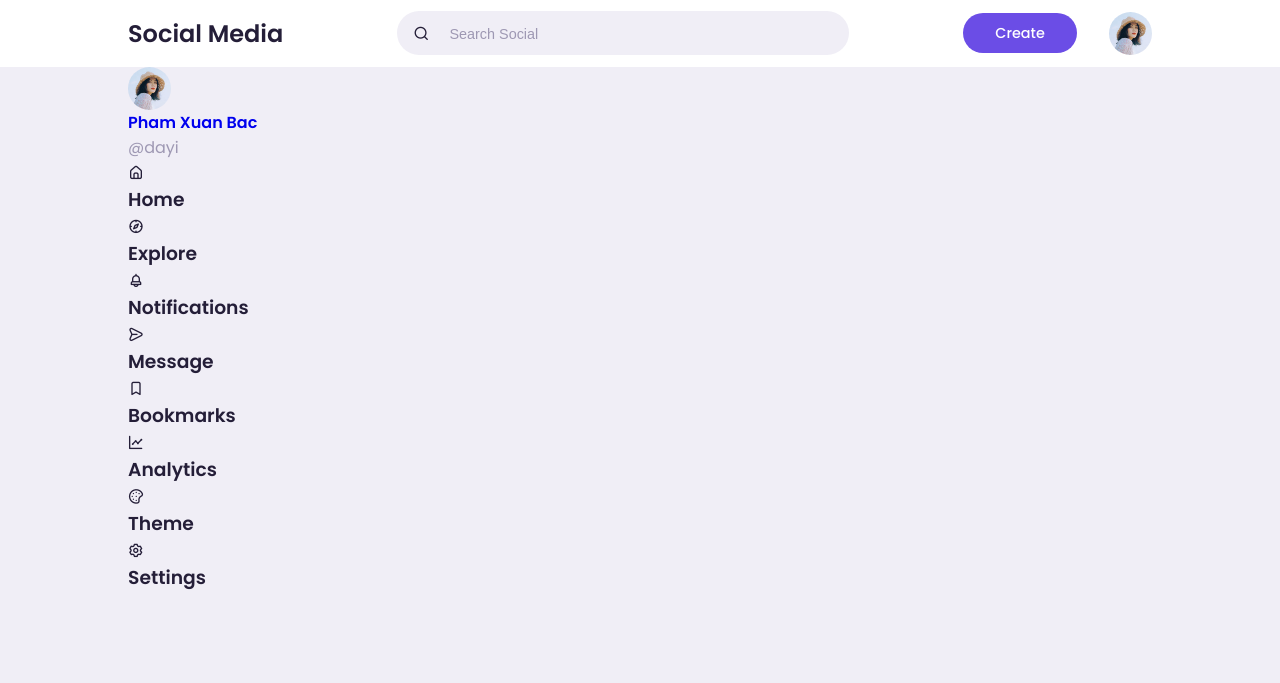
Repository: northpx/socialMedia
Page: index.html
An editor plug-in stored every save of this project. The page is shown before and after the next save, followed by the edit.
The browser window is 1280 px wide. The pictures show the whole page.

Above is the page before, as saved 2023-03-07 17:03:15.

### index.html
<!DOCTYPE html>
<html lang="en">
<head>
    <meta charset="UTF-8">
    <meta http-equiv="X-UA-Compatible" content="IE=edge">
    <meta name="viewport" content="width=device-width, initial-scale=1.0">
    <link rel="stylesheet" href="/css/style.css">
    <link rel="stylesheet" href="https://unicons.iconscout.com/release/v4.0.0/css/line.css">
    <title>Social Media</title>
</head>
<body>
    <nav>
        <div class="container">
            <h2 class="logo">
                Social Media
            </h2>
            <div class="search-bar">
                <i class="uil uil-search"></i>
                <input type="search" placeholder="Search Social">
            </div>
            <div class="create">
                <label for="create-post" class="btn btn-primary">Create</label>
                <div class="profile-picture">
                    <img src="./images/profile-1.jpg" alt="">
                </div>
            </div>
        </div>
    </nav>

    <main>
        <div class="container">
            <!-- ===========LEFT================ -->
            <div class="left">
                <a href="#" class="profile">
                    <div class="profile-picture">
                        <img src="./images/profile-1.jpg" alt="">
                    </div>
                    <div class="handle">
                        <h4>Pham Xuan Bac</h4>
                        <p class="text-muted">
                            @dayi
                        </p>
                    </div>
                </a>
                <!-- =================SIDEBAR=========== -->
                <div class="sidebar">
                    <a class="menu-item active">
                        <span><i class="uil uil-estate"></i></span><h3>Home</h3>
                    </a>
                    <a class="menu-item">
                        <span><i class="uil uil-compass"></i></span><h3>Explore</h3>
                    </a>
                    <a class="menu-item">
                        <span><i class="uil uil-bell"></i></span><h3>Notifications</h3>
                    </a>
                    <a class="menu-item">
                        <span><i class="uil uil-message"></i></span><h3>Message</h3>
                    </a>
                    <a class="menu-item">
                        <span><i class="uil uil-bookmark"></i></span><h3>Bookmarks</h3>
                    </a>
                    <a class="menu-item">
                        <span><i class="uil uil-chart-line"></i></span><h3>Analytics</h3>
                    </a>
                    <a class="menu-item">
                        <span><i class="uil uil-palette"></i></span><h3>Theme</h3>
                    </a>






                    <span><i class="uil uil-setting"></i></span><h3>Settings</h3>
                </div>
            </div>
            <!-- ===============MIDDLE============== -->
            <div class="middle">

            </div>
            <!-- ==============RIGHT============== -->
            <div class="right">

            </div>
        </div>
    </main>
</body>
</html>

### css/style.css
@import url("https://fonts.googleapis.com/css2?family=Poppins:ital,wght@0,400;0,500;0,600;1,400;1,500;1,600&family=Roboto:ital,wght@0,100;0,300;0,400;0,500;0,700;0,900;1,100;1,300;1,400;1,500;1,700;1,900&display=swap");
:root {
  --color-white: hsl(252,30%,100%);
  --color-light: hsl(252,30%,95%);
  --color-gray: hsl(252,15%,65%);
  --color-primary: hsl(252,75%,60%);
  --color-secondary: hsl(252,100%,90%);
  --color-success: hsl(120,95%,65%);
  --color-danger: hsl(0,95%,65%);
  --color-dark: hsl(252,30%,17%);
  --color-black: hsl(252,30%,10%);
  --border-radius: 2rem;
  --card-border-radius: 1rem;
  --btn-padding: 0.6rem 2rem;
  --search-padding: 0.6rem 1rem;
  --card-padding: 1rem;
  --sticky-top-left: 5.4rem;
  --sticky-top-right: -18rem;
}

*, *::before, *::after {
  margin: 0;
  padding: 0;
  outline: 0;
  box-sizing: border-box;
  text-decoration: none;
  list-style: none;
  border: none;
}

body {
  font-family: "Poppins", sans-serif;
  color: var(--color-dark);
  background: var(--color-light);
  overflow-x: hidden;
}

.container{
    width: 80%;
    margin: 0 auto;
}

.profile-picture{
    width: 2.7rem;
    aspect-ratio: 1/1;
    border-radius: 50%;
    overflow: hidden;
}

img{
    display: block;
    width: 100%;
}

.btn{
    display:  inline-block;
    padding: var(--btn-padding);
    font-weight: 500;
    border-radius: var(--border-radius);
    cursor: pointer;
    transition: all .3s ease;
    font-size: 0.9rem;
}

.btn:hover{
    opacity: 0.8;
}

.btn-primary{
    background: var(--color-primary);
    color: white;
}

.text-bold{
    font-weight: 500;
}

.text-muted{
    color: var(--color-gray);
}

nav{
    width: 100%;
    background: var(--color-white);
    padding: 0.7rem 0;
    top: 0;
    z-index: 10;
}

nav .container{
    display: flex;
    align-items: center;
    justify-content: space-between;
}

nav .search-bar{
    background: var(--color-light);
    border-radius: var(--border-radius);
    padding: var(--search-padding);
}

nav .search-bar input[type="search"]{
    background: transparent;
    width: 30vw;
    margin-left: 1rem;
    font-size: 0.9rem;
    color: var(--color-dark);
}

nav .search-bar input[type="search"]::placeholder{
    color: var(--color-gray);

}

nav .create{
    display: flex;
    align-items: center;
    gap: 2rem;
}

After the next save:
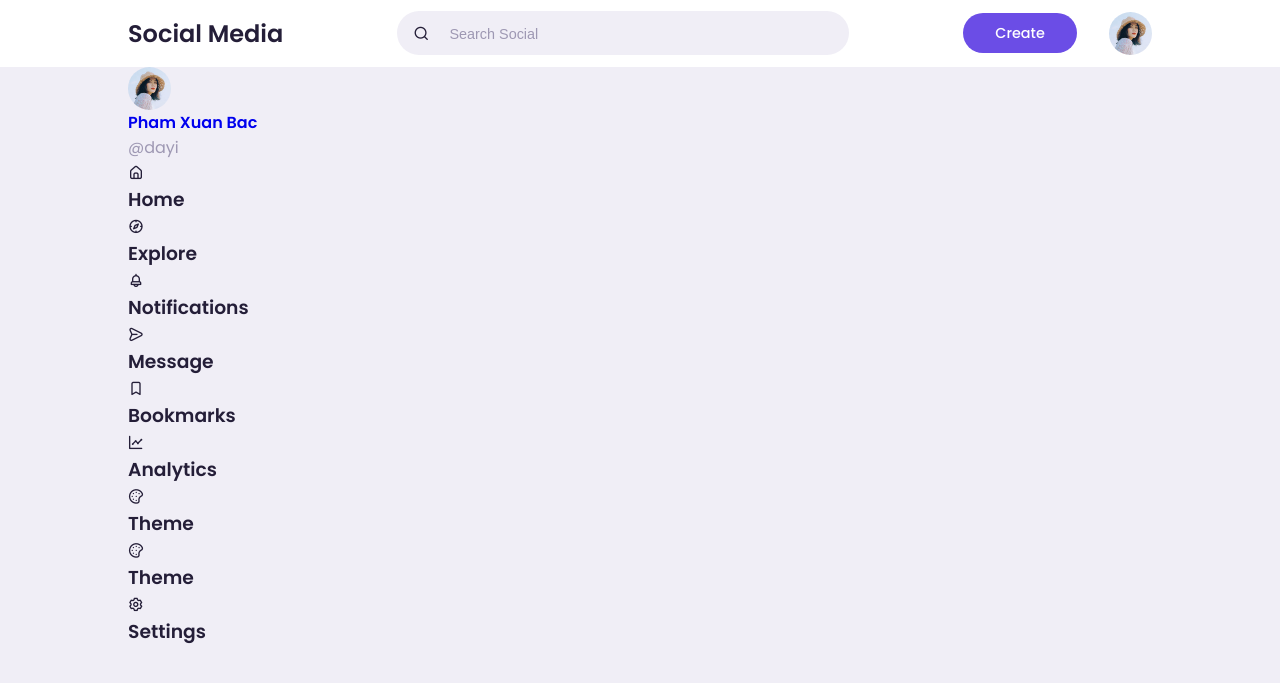
Saved 4 s later.
--- a/index.html
+++ b/index.html
@@ -65,6 +65,9 @@
                     <a class="menu-item">
                         <span><i class="uil uil-palette"></i></span><h3>Theme</h3>
                     </a>
+                    <a class="menu-item">
+                        <span><i class="uil uil-palette"></i></span><h3>Theme</h3>
+                    </a>
 
 
 

After the 2 saves that followed:
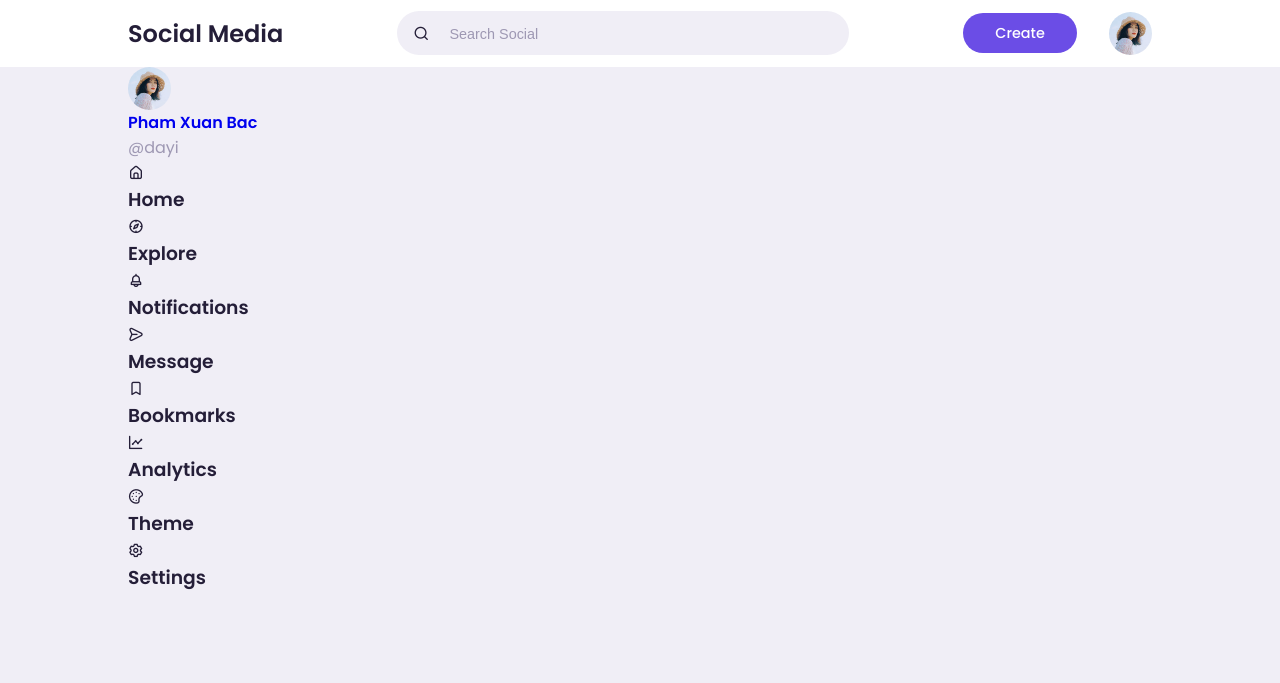
The 2 saves are shown as one change because they came seconds apart.
The last was saved 7 s later.
--- a/index.html
+++ b/index.html
@@ -66,7 +66,7 @@
                         <span><i class="uil uil-palette"></i></span><h3>Theme</h3>
                     </a>
                     <a class="menu-item">
-                        <span><i class="uil uil-palette"></i></span><h3>Theme</h3>
+                        <span><i class="uil uil-setting"></i></span><h3>Settings</h3>
                     </a>
 
 
@@ -74,7 +74,7 @@
 
 
 
-                    <span><i class="uil uil-setting"></i></span><h3>Settings</h3>
+
                 </div>
             </div>
             <!-- ===============MIDDLE============== -->
